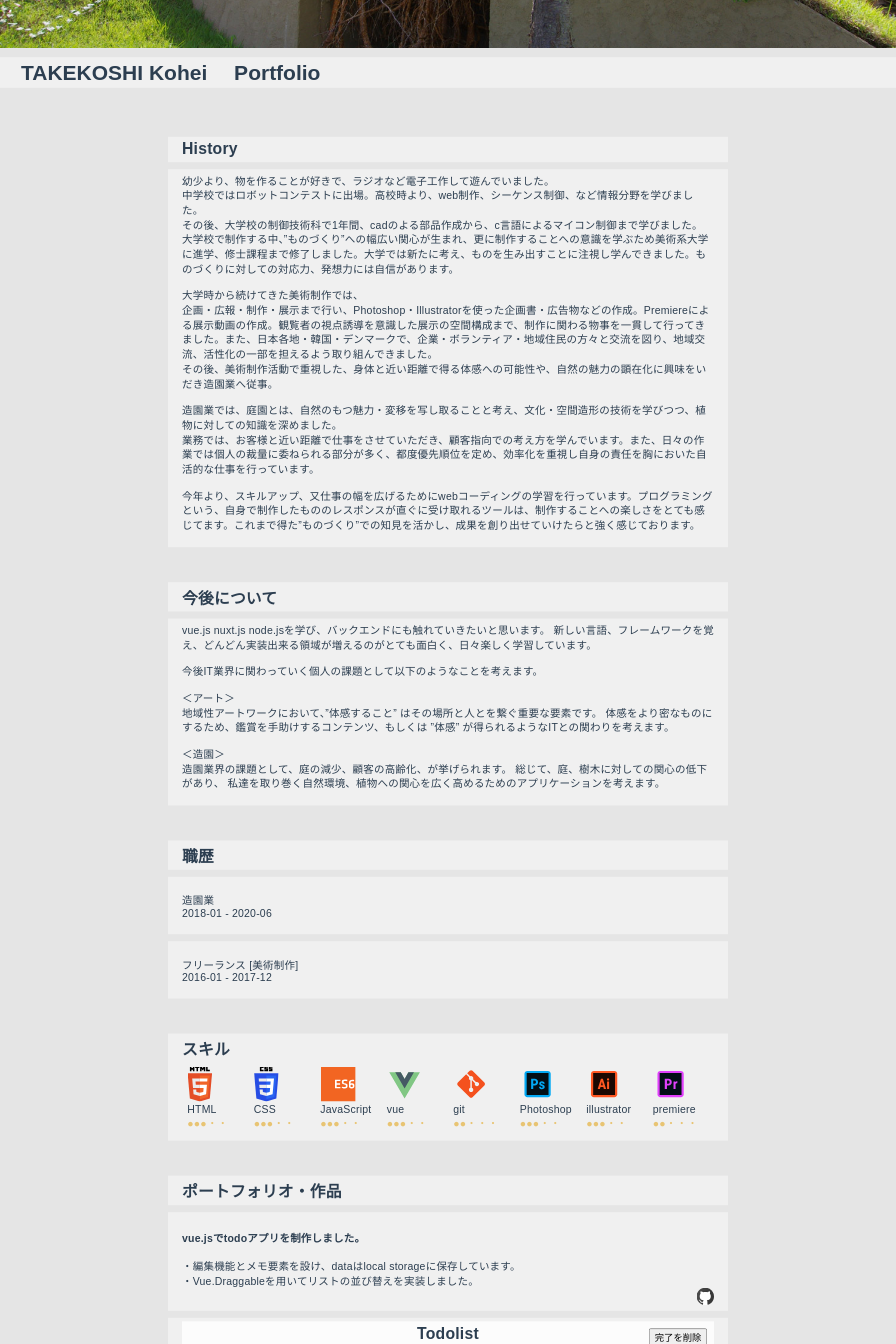
Repository: takeco/my-portfolio
Page: /
An editor plug-in stored every save of this project. The page is shown before and after a run of saves, followed by the edit.
The browser window is 1280 px wide. The pictures show the part of the page from y = 332 to 2252 px (the page is 3848 px tall before and 3827 px after), at 70% of full size.
The project was rebuilt for these pictures with package versions that can differ from the ones it lists, and the page was loaded fresh each time.

Above is the page before, as saved 2020-08-25 16:42:39.

After the next 2 saves:
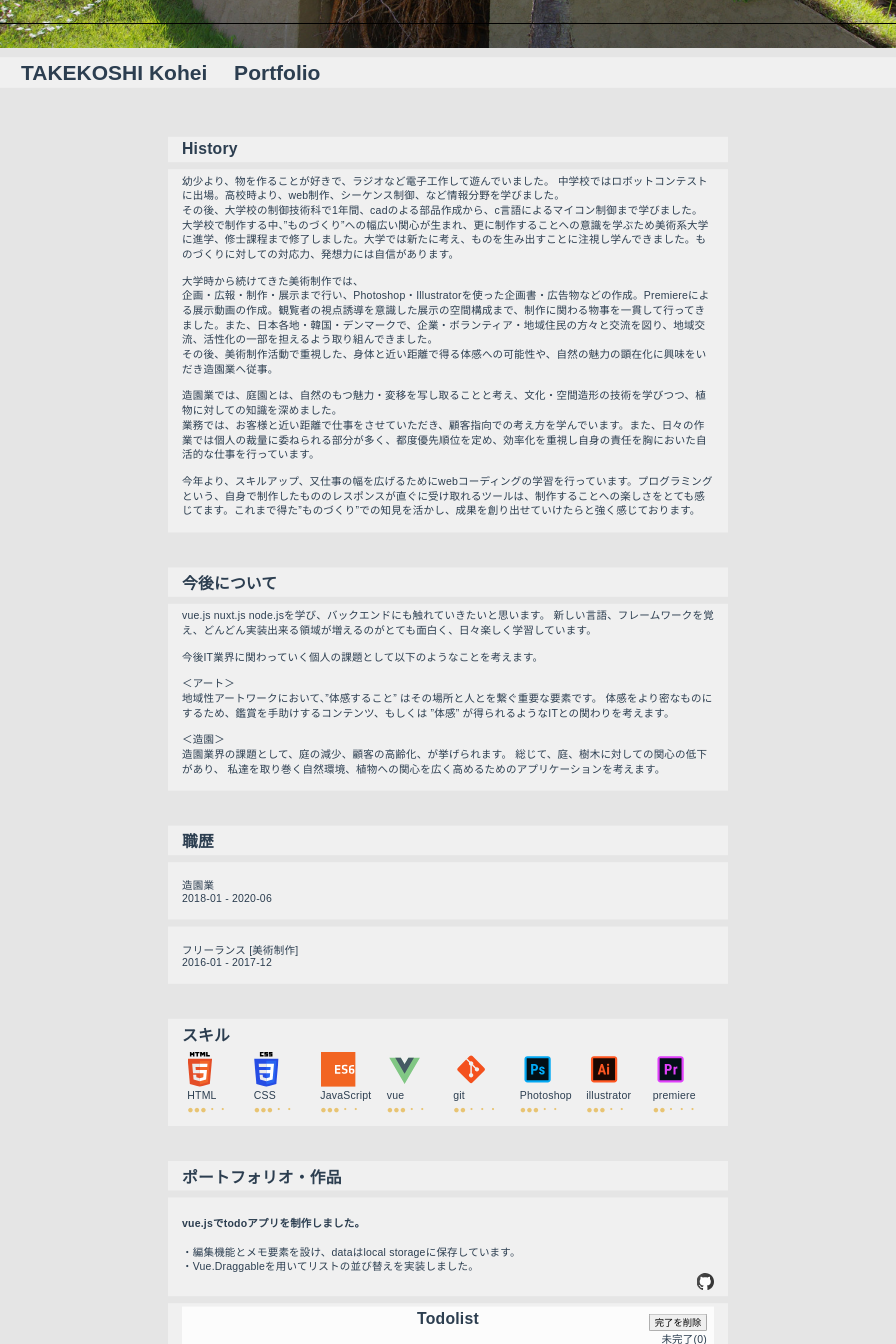
The 2 saves are shown as one change because they came seconds apart.
The last was saved 13 s later.
--- a/src/components/MainContents.vue
+++ b/src/components/MainContents.vue
@@ -32,7 +32,7 @@
           <h2>History</h2>
           <p>
             幼少より、物を作ることが好きで、ラジオなど電子工作して遊んでいました。
-            <br />中学校ではロボットコンテストに出場。高校時より、web制作、シーケンス制御、など情報分野を学びました。
+            中学校ではロボットコンテストに出場。高校時より、web制作、シーケンス制御、など情報分野を学びました。
             <br />その後、大学校の制御技術科で1年間、cadのよる部品作成から、c言語によるマイコン制御まで学びました。
             <br />大学校で制作する中、”ものづくり”への幅広い関心が生まれ、更に制作することへの意識を学ぶため美術系大学に進学、修士課程まで修了しました。大学では新たに考え、ものを生み出すことに注視し学んできました。ものづくりに対しての対応力、発想力には自信があります。
             <br />
